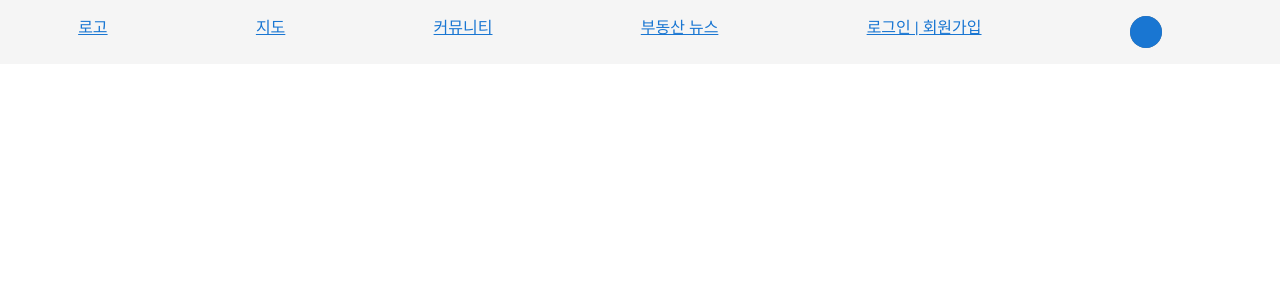
Repository: misso88/vue-whereIsMyHome
Page: /
The author's editor kept a copy of each file at every save. The page is drawn from the files as they stood at one save, then again after the next save.
The browser window is 1280 px wide. The pictures show the whole page.
The project was rebuilt for these pictures with package versions that can differ from the ones it lists, and the page was loaded fresh each time. Also part of the build but not shown: vue.config.js, src/components/house/sidebar/HouseListItem.vue, src/components/house/sidebar/HouseList.vue, src/components/house/sidebar/HouseListFilter.vue, src/components/house/sidebar/HouseSidebar.vue, src/components/house/map/HouseMapFilter.vue, src/components/house/map/HouseMap.vue, src/views/AppHouse.vue and 1 more.

Above is the page before, as saved 2022-11-16 10:31:04.

### public/index.html
<!DOCTYPE html>
<html lang="en">
  <head>
    <meta charset="utf-8" />
    <meta http-equiv="X-UA-Compatible" content="IE=edge" />
    <meta name="viewport" content="width=device-width,initial-scale=1.0" />
    <link rel="icon" href="<%= BASE_URL %>favicon.ico" />
    <title><%= htmlWebpackPlugin.options.title %></title>
    <link
      rel="stylesheet"
      href="https://fonts.googleapis.com/css?family=Roboto:100,300,400,500,700,900"
    />
    <link
      rel="stylesheet"
      href="https://cdn.jsdelivr.net/npm/@mdi/font@latest/css/materialdesignicons.min.css"
    />
    <link
      rel="stylesheet"
      href="https://fonts.googleapis.com/css?family=Roboto:100,300,400,500,700,900"
    />
    <link
      rel="stylesheet"
      href="https://cdn.jsdelivr.net/npm/@mdi/font@latest/css/materialdesignicons.min.css"
    />
    <!-- <style>
      html{
        overflow-y: hidden !important;
      }
    </style> -->
  </head>
  <body>
    <noscript>
      <strong
        >We're sorry but <%= htmlWebpackPlugin.options.title %> doesn't work properly without
        JavaScript enabled. Please enable it to continue.</strong
      >
    </noscript>
    <div id="app"></div>
    <!-- built files will be auto injected -->
  </body>
</html>

### src/App.vue
<template>
  <v-app>
    <v-app-bar app elevation="0" absolute clipped-left>
      <the-header></the-header>
    </v-app-bar>
    <v-main>
      <router-view></router-view>
    </v-main>
  </v-app>
</template>

<script>
import TheHeader from "@/components/layout/TheHeader";

export default {
  name: "App",
  components: {
    TheHeader,
  },
};
</script>

### src/router/index.js
import Vue from 'vue'
import VueRouter from 'vue-router'

import AppMain from '@/views/AppMain'
import AppHouse from '@/views/AppHouse'
// import AppCommunity from '@/views/AppCommunity'
import AppNews from '@/views/AppNews'
// import AppMember from '@/views/AppMember'


Vue.use(VueRouter)

const routes = [
  {
    path: '/',
    name: 'main',
    component: AppMain
  },
  {
    path: '/map',
    name: 'map',
    component: AppHouse
  },
  {
    path: '/community',
    name: 'community',
    component: () => import("@/views/AppCommunity"),
    redirect: "/community/list",
    children: [
      {
        path: "list",
        name: "boardlist",
        component: () => import("@/components/board/BoardList")
      },
    ]
  },
  {
    path: '/news',
    name: 'news',
    component: AppNews
  },
  {
    path: '/member',
    name: 'member',
    component: () => import("@/views/AppMember"),
    children: [
      {
        path: "login",
        name: "login",
        component: () => import("@/components/member/MemberLogin")
      },
      {
        path: "join",
        name: "join",
        component: () => import("@/components/member/MemberJoin")
      },
    ]
  },
  {
    path: "/profile",
    name: "profile",
    component: () => import("@/views/TempProfile"),
    children: [
      {
        path: "mypage",
        name: "mypage",
        component: () => import("@/components/profile/ProfileMypage")
      },
      {
        path: "wishlist",
        name: "wishlist",
        component: () => import("@/components/profile/ProfileWishlist")
      },
      {
        path: "notice",
        name: "notice",
        component: () => import("@/components/profile/ProfileNotice")
      },
      {
        path: "helpcenter",
        name: "helpcenter",
        component: () => import("@/components/profile/ProfileHelpcenter")
      },
    ]
  },
]

const router = new VueRouter({
  mode: 'history',
  base: process.env.BASE_URL,
  routes
})

export default router

### src/store/index.js
import Vue from 'vue'
import Vuex from 'vuex'
import createPersistedState from "vuex-persistedstate";

Vue.use(Vuex)

export default new Vuex.Store({
  state: {
    type: null,
  },
  getters: {
  },
  mutations: {
    SET_TYPE (state, type) {
      state.type = type;
    },
  },
  actions: {
  },
  modules: {},
  plugins: [
    createPersistedState({
      // 브라우저 종료시 제거하기 위해 localStorage가 아닌 sessionStorage로 변경. (default: localStorage)
      storage: sessionStorage,
    }),
  ],

})

### src/components/layout/TheHeader.vue
<template>
  <v-row  class="d-flex justify-space-around">

    <router-link
      v-for="item in header" :key="item.name"
      :to="{ name: item.name}" > {{ item.title }}</router-link>
    <!-- 프로필 -->
     <v-avatar
          class="mr-10"
          color="grey darken-1"
          size="32"
        >
      <v-menu offset-y>
      <template v-slot:activator="{ on, attrs }">
        <v-btn
          color="primary"

          v-bind="attrs"
          v-on="on"
        >
          <!-- 프로필 이미지 -->
        </v-btn>
      </template>
      <v-list>
        <v-list-item
          v-for="(item, index) in profile"
          :key="index"
        >
          <router-link :to="{ name: item.name}" > {{ item.title }}</router-link>
        </v-list-item>
      </v-list>
    </v-menu>
    </v-avatar>
  </v-row>
</template>

<script>
export default {
    name: "TheHeader",
    data() {
        return {
          header: [],
          profile: []
        };
    },
    created() {
      this.header = [
        {
          name: "main",
          title: "로고"
        },
        {
          name: "map",
          title: "지도"
        },
        {
          name: "community",
          title: "커뮤니티"
        },
        {
          name: "news",
          title: "부동산 뉴스"
        },
        {
          name: "login",
          title: "로그인 | 회원가입"
        },
      ],
      this.profile = [
        {
          name: "mypage",
          title: "내정보"
        },
        {
          name: "wishlist",
          title: "찜 목록"
        },
        {
          name: "notice",
          title: "공지사항"
        },
        {
          name: "helpcenter",
          title: "고객센터"
        },
        {
          name: "mypage",
          title: "로그아웃"
        },
      ]
    }
}
</script>

<style>

</style>

Loaded but not shown: src/main.js (common file); src/plugins/vuetify.js (common file); src/views/AppMain.vue (common file)

After the next save:
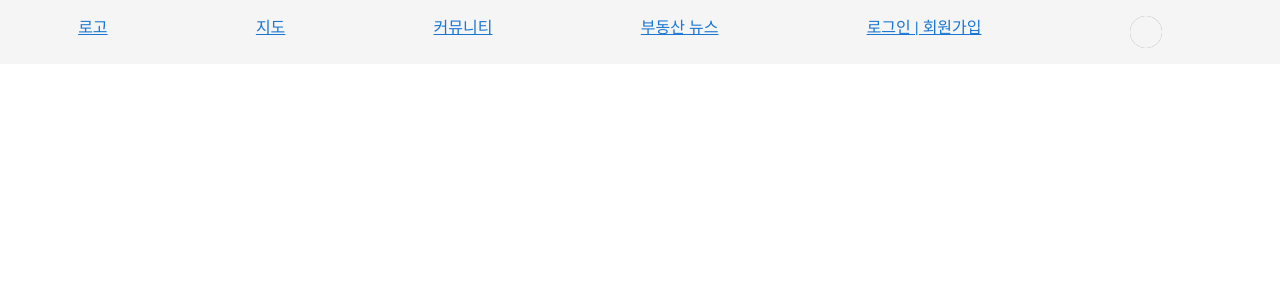
Saved 7 s later.
--- a/src/components/layout/TheHeader.vue
+++ b/src/components/layout/TheHeader.vue
@@ -13,7 +13,6 @@
       <v-menu offset-y>
       <template v-slot:activator="{ on, attrs }">
         <v-btn
-          color="primary"
 
           v-bind="attrs"
           v-on="on"

After the save that followed:
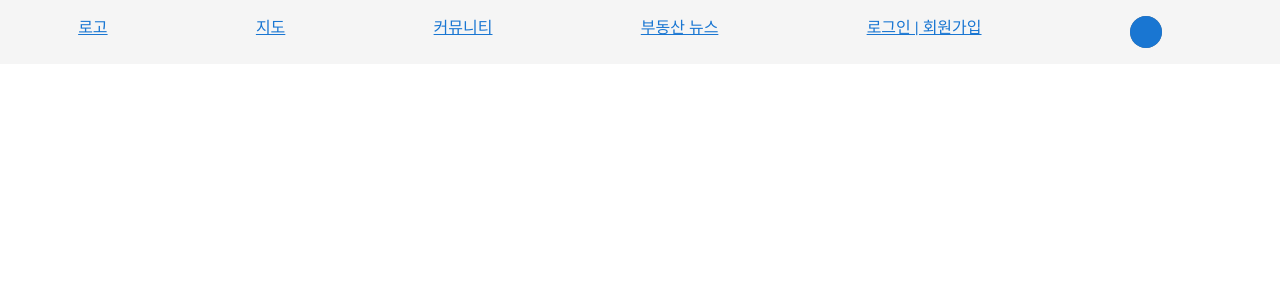
Saved 6 s later.
--- a/src/components/layout/TheHeader.vue
+++ b/src/components/layout/TheHeader.vue
@@ -13,6 +13,7 @@
       <v-menu offset-y>
       <template v-slot:activator="{ on, attrs }">
         <v-btn
+          color="primary"
 
           v-bind="attrs"
           v-on="on"
